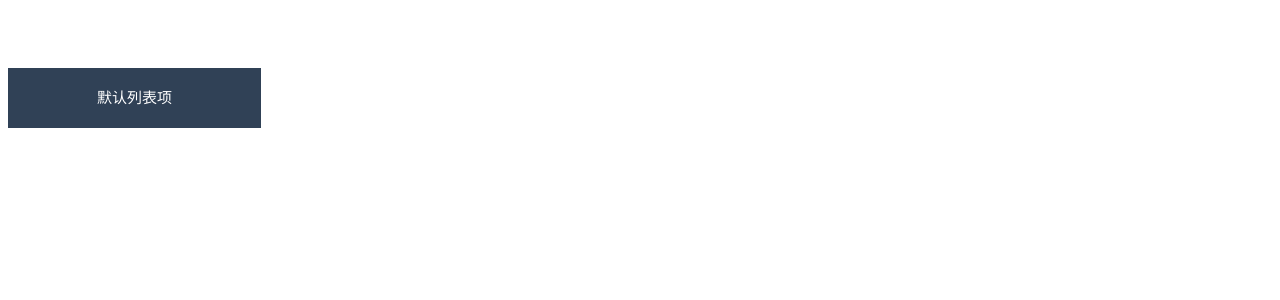
Repository: shandamengcheng/graduate-project
Page: /home
An editor plug-in stored every save of this project. The page is shown before and after the next save, followed by the edit.
The browser window is 1280 px wide. The pictures show the whole page.
The project was rebuilt for these pictures with package versions that can differ from the ones it lists, and the page was loaded fresh each time. Also part of the build but not shown: src/views/Login.vue.

Above is the page before, as saved 2021-03-10 22:41:04.

### src/App.vue
<template>
  <div id="app">
    <div id="nav">
    </div>
    <router-view/>
  </div>
</template>

<style>
#app {
  font-family: Avenir, Helvetica, Arial, sans-serif;
  -webkit-font-smoothing: antialiased;
  -moz-osx-font-smoothing: grayscale;
  text-align: center;
  color: #2c3e50;
}

#nav {
  padding: 30px;
}

#nav a {
  font-weight: bold;
  color: #2c3e50;
}

#nav a.router-link-exact-active {
  color: #42b983;
}
</style>

### src/router/index.js
import Vue from 'vue'
import VueRouter from 'vue-router'
import Home from '../views/Home.vue'
import Login from '../views/Login.vue';

Vue.use(VueRouter)

const routes = [
  {
    path: '/',
    name: 'Login',
    component: Login
  },
  {
    path: '/home',
    name: Home,
    component: Home
  }
]

const router = new VueRouter({
  mode: 'history',
  base: process.env.BASE_URL,
  routes
})

export default router

### src/views/Home.vue
<template>
  <div class="home">
    <SideBar />
  </div>
</template>

<script>
// @ is an alias to /src
import Login from "@/views/Login";
import SideBar from "@/views/SideBar";

export default {
  name: 'Home',
  components: {
    Login,
    SideBar,
  }
}
</script>

<style scoped>
  .home {
    min-height: 100%;
    width: 100%;
    /* background-color: #2d3a4b;
    color: white; */
    overflow: hidden;
  }
</style>

### src/views/SideBar.vue
<template>
  <div class="sidebar">
    <SideBarItem />
  </div>
</template>

<script>
import SideBarItem from "@/components/SideBarItem";

export default {
  name: "SideBar",
  components: {
    SideBarItem,
  }
}
</script>

<style scoped>
.sidebar {
  width: 20%;
  min-width: 200px;
  background: #304156;
  color: white;
  font-size: 15px;
  text-align: center;
  height: 100%;
}
</style>

### src/components/SideBarItem.vue
<template>
  <div class="sidebar-item" @click="showSearchView">
    <slot>默认列表项</slot>
  </div>
</template>

<script>
export default {
  name: "SideBarItem",
  methods: {
    showSearchView: function() {
      this.$router.push('/home/search');
    }
  }
}
</script>

<style scoped>
.sidebar-item {
  height: 60px;
  padding: 0 10px;
  line-height: 60px;
  border: none;
  outline: none;
  cursor: pointer;
  display: flex;
  justify-content: center;
}
.sidebar-item img {
  /* display: inline-block; */
  align-self: center;
  height: 50%;
  vertical-align: middle;
  width: 15%;
  /* margin-right: 5px; */
}
.sidebar-item div {
  width: 60%;
  /* display: inline-block; */
}
</style>

Loaded but not shown: public/index.html (common file); src/main.js (common file); src/store/index.js (common file)

After the next save:
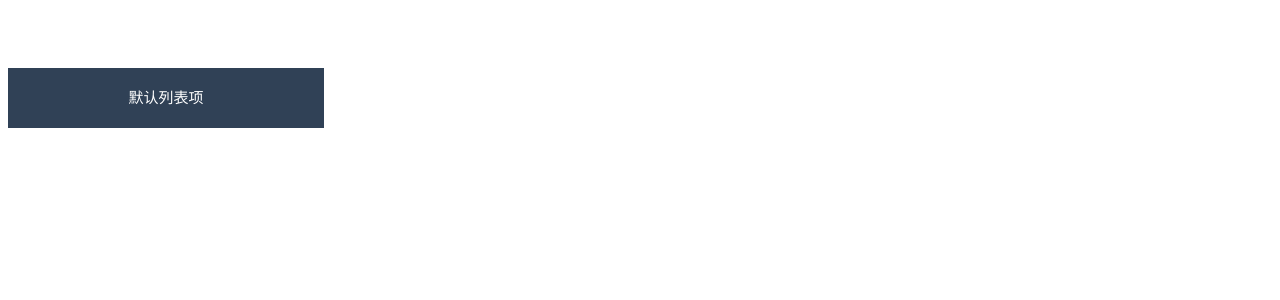
Saved 26 s later.
--- a/src/views/SideBar.vue
+++ b/src/views/SideBar.vue
@@ -17,7 +17,7 @@ export default {
 
 <style scoped>
 .sidebar {
-  width: 20%;
+  width: 25%;
   min-width: 200px;
   background: #304156;
   color: white;
